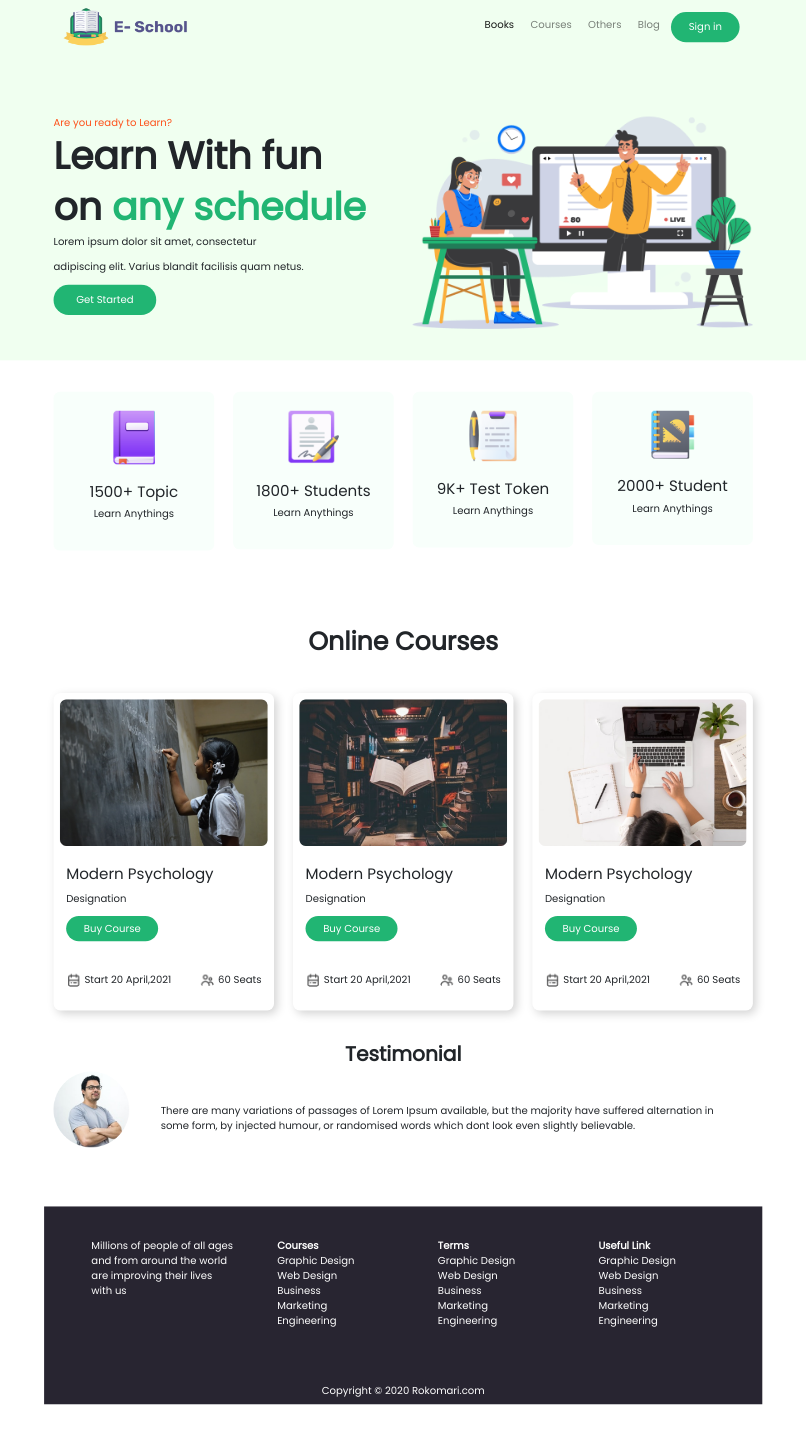
Repository: mohsinfarabi/e-school
Page: index.html
These files come from the project's save history. The page is drawn as it stood at one moment and after the next save; the edit follows.
The browser window is 1280 px wide. The pictures show the whole page, at 63% of full size.

Above is the page before, as saved 2020-07-09 21:33:12.

### index.html
<!DOCTYPE html>
<html lang="en">

<head>
    <meta charset="UTF-8">
    <meta name="viewport" content="width=device-width, initial-scale=1.0">
    <link rel="stylesheet" href="css/bootstrap/css/bootstrap.min.css">
    <link rel="stylesheet" href="style.css">
    <link href="https://fonts.googleapis.com/css2?family=Poppins" rel="stylesheet">
    <title>E-School</title>
</head>

<body>
    <section class="top-part">
        <div class="container">
            <nav class="navbar navbar-expand-lg navbar-light bg-transparent">
                <a class="navbar-brand" href="#"><img src="images/icon/Logo.png " alt=" "></a>
                </a>
                <button class="navbar-toggler" type="button" data-toggle="collapse" data-target="#navbarNav" aria-controls="navbarNav" aria-expanded="false" aria-label="Toggle navigation">
                  <span class="navbar-toggler-icon"></span>
                </button>

                <div class="collapse navbar-collapse" id="navbarNav">
                    <ul class="navbar-nav ml-auto">
                        <li class="nav-item active ">
                            <a class="nav-link " href="#books ">Books</a>
                        </li>
                        <li class="nav-item ">
                            <a class="nav-link " href="#courses ">Courses</a>
                        </li>
                        <li class="nav-item ">
                            <a class="nav-link " href="#others ">Others</a>
                        </li>
                        <li class="nav-item ">
                            <a class="nav-link " href="#blog ">Blog</a>
                        </li>
                        <li class="nav-item ">
                            <button class="btn btn-success sign-in">Sign in</button>
                        </li>

                    </ul>
                </div>

            </nav>
        </div>
        <div class="container">
            <div class="row top">
                <div class="col-md-6 content-position">

                    <h5>Are you ready to Learn?</h5>
                    <h1>Learn With fun </h1>
                    <h1>on <span class="highlight"> any schedule</span></h1>

                    <p>Lorem ipsum dolor sit amet, consectetur </p>
                    <p>adipiscing elit. Varius blandit facilisis quam netus.</p>

                    <button class="btn btn-success get-started">Get Started</button>

                </div>
                <div class="col-md-6 d-flex justify-content-center">

                    <img src="images/Photos/Illustration.png" alt="" class="img-fluid">
                </div>
            </div>
        </div>
    </section>

    <div class="container">
        <div class="row">
            <div class="col-md-3">
                <div class="cat1 d-flex flex-column justify-content-center align-items-center">

                    <img src="images/icon/book.png" alt="">

                    <h4>1500+ Topic</h4>
                    <p>Learn Anythings</p>
                </div>
            </div>
            <div class="col-md-3">
                <div class="cat2 d-flex flex-column justify-content-center align-items-center">

                    <img src="images/icon/Student.png" alt="">

                    <h4>1800+ Students</h4>
                    <p>Learn Anythings</p>
                </div>
            </div>
            <div class="col-md-3">
                <div class="cat3 d-flex flex-column justify-content-center align-items-center">

                    <img src="images/icon/Test.png" alt="">

                    <h4>9K+ Test Token</h4>
                    <p>Learn Anythings</p>
                </div>
            </div>
            <div class="col-md-3">
                <div class="cat4 d-flex flex-column justify-content-center align-items-center">

                    <img src="images/icon/Students.png" alt="">

                    <h4>2000+ Student</h4>
                    <p>Learn Anythings</p>

                </div>
            </div>
        </div>
    </div>

    <div class="container course">
        <h1>Online Courses</h1>
        <div class="card-deck">
            <div class="card">
                <img src="images/Photos/Morder pyschology.png" class="card-img-top" alt="...">
                <div class="card-body">
                    <h4 class="card-title">Modern Psychology</h4>
                    <p class="card-text">Designation</p>
                    <button class="btn btn-success buy-course">Buy Course</button>
                    <div class="card-bottom d-flex justify-content-between align-self-center">
                        <div class="d-flex justify-content-between">
                            <img src="images/icon/calendar.png" alt="">
                            <p>Start 20 April,2021</p>
                        </div>
                        <div class="d-flex justify-content-between">
                            <img src="images/icon/people.png" alt="">
                            <p>60 Seats</p>
                        </div>

                    </div>
                </div>

            </div>
            <div class="card">
                <img src="images/Photos/Morder psyc.png" class="card-img-top" alt="...">
                <div class="card-body">
                    <h4 class="card-title">Modern Psychology</h4>
                    <p class="card-text">Designation</p>
                    <button class="btn btn-success buy-course">Buy Course</button>
                    <div class="card-bottom d-flex justify-content-between align-self-center">
                        <div class="d-flex justify-content-between">
                            <img src="images/icon/calendar.png" alt="">
                            <p>Start 20 April,2021</p>
                        </div>
                        <div class="d-flex justify-content-between">
                            <img src="images/icon/people.png" alt="">
                            <p>60 Seats</p>
                        </div>

                    </div>
                </div>
            </div>
            <div class="card">
                <img src="images/Photos/Morder pychons.png" class="card-img-top" alt="...">
                <div class="card-body">
                    <h4 class="card-title">Modern Psychology</h4>
                    <p class="card-text">Designation</p>
                    <button class="btn btn-success buy-course">Buy Course</button>
                    <div class="card-bottom d-flex justify-content-between align-self-center">
                        <div class="d-flex justify-content-between">
                            <img src="images/icon/calendar.png" alt="">
                            <p>Start 20 April,2021</p>
                        </div>
                        <div class="d-flex justify-content-between">
                            <img src="images/icon/people.png" alt="">
                            <p>60 Seats</p>
                        </div>
                    </div>
                </div>
            </div>
        </div>
    </div>

    <div class="container testimonial">
        <h2><b>Testimonial</b></h2>
        <div class="testimonial-content d-flex justify-content-center">
            <img class="img-fluid" src="images/Photos/Man.png" alt="">
            <p class="testimonial-text">There are many variations of passages of Lorem Ipsum available, but the majority have suffered alternation in some form, by injected humour, or randomised words which dont look even slightly believable.</p>
        </div>
    </div>
    <div class="container bottom-part">
        <div class="row footer-row d-flex align-items-left">
            <div class="col-md-3">
                <p>Millions of people of all ages and from around the world are improving their lives with us</p>
            </div>
            <div class="col-md-3">
                <ul>
                    <li><b>Courses</b></li>
                    <li>Graphic Design</li>
                    <li>Web Design</li>
                    <li>Business</li>
                    <li>Marketing</li>
                    <li>Engineering</li>
                </ul>
            </div>
            <div class="col-md-3">
                <ul>
                    <li><b>Terms</b></li>
                    <li>Graphic Design</li>
                    <li>Web Design</li>
                    <li>Business</li>
                    <li>Marketing</li>
                    <li>Engineering</li>
                </ul>
            </div>
            <div class="col-md-3">
                <ul>
                    <li><b>Useful Link</b></li>
                    <li>Graphic Design</li>
                    <li>Web Design</li>
                    <li>Business</li>
                    <li>Marketing</li>
                    <li>Engineering</li>
                </ul>
            </div>
        </div>
        <footer>
            <p class="footer">Copyright © 2020 Rokomari.com</p>
        </footer>
    </div>













    <script src="https://code.jquery.com/jquery-3.5.1.slim.min.js " integrity="sha384-DfXdz2htPH0lsSSs5nCTpuj/zy4C+OGpamoFVy38MVBnE+IbbVYUew+OrCXaRkfj " crossorigin="anonymous "></script>
    <script src="https://cdn.jsdelivr.net/npm/popper.js@1.16.0/dist/umd/popper.min.js " integrity="sha384-Q6E9RHvbIyZFJoft+2mJbHaEWldlvI9IOYy5n3zV9zzTtmI3UksdQRVvoxMfooAo " crossorigin="anonymous "></script>
    <script src="https://stackpath.bootstrapcdn.com/bootstrap/4.5.0/js/bootstrap.min.js " integrity="sha384-OgVRvuATP1z7JjHLkuOU7Xw704+h835Lr+6QL9UvYjZE3Ipu6Tp75j7Bh/kR0JKI " crossorigin="anonymous "></script>
</body>

</html>

### style.css
    body {
        font-family: 'Poppins', sans-serif;
    }

    .container {
        margin-bottom: 50px;
    }
    /* Common Button Properties */

    .btn:focus {
        border: none;
        background: #21B573;
    }

    .btn:hover {
        border: none;
        background: #21B573;
    }

    .top-part {
        background-color: #F0FFF0;
    }

    .navbar img {
        width: 198.07px;
        height: 59px;
    }

    .nav-item {
        padding: 5px;
        color: black;
    }

    .sign-in {
        padding: 12px 28px;
        border: none;
        background: #21B573;
        border-radius: 33px;
        color: white;
    }
    /* Banner Section */

    .content-position {
        margin-top: 50px;
    }

    .top {
        padding-bottom: 50px;
    }

    .top h5 {
        font-size: medium;
        color: #FD511A;
    }

    .top h1 {
        font-weight: 900;
        font-size: 60px;
    }

    .top img {
        margin-top: 50px;
    }

    .highlight {
        color: #21B573;
    }

    .get-started {
        padding: 12px 36px;
        border: none;
        background: #21B573;
        border-radius: 33px;
        color: white;
    }
    /* Second Section */

    .cat1,
    .cat2,
    .cat3,
    .cat4 {
        padding: 30px;
        border-radius: 10px;
        border: none;
        margin-bottom: 20px;
        background-color: #F8FFFB;
    }

    .cat1:hover {
        box-shadow: 5px 5px 10px lightgray;
        background-color: white;
    }

    .cat2:hover {
        box-shadow: 5px 5px 10px lightgray;
        background-color: white;
    }

    .cat3:hover {
        box-shadow: 5px 5px 10px lightgray;
        background-color: white;
    }

    .cat4:hover {
        box-shadow: 5px 5px 10px lightgray;
        background-color: white;
    }

    .cat1 img {
        width: 66px;
        height: 85px;
        margin-bottom: 30px;
    }

    .cat2 img {
        width: 80px;
        height: 83px;
        margin-bottom: 30px;
    }

    .cat3 img {
        width: 75px;
        height: 80px;
        margin-bottom: 30px;
    }

    .cat4 img {
        width: 68px;
        height: 76px;
        margin-bottom: 30px;
    }

    .cat h4 {
        font-weight: 700;
    }
    /* Courses Card Section */

    .course h1 {
        text-align: center;
        font-weight: 900;
        padding: 50px 0px;
    }

    .card img {
        border-radius: 11px;
        padding: 10px;
    }

    .card {
        border: none;
        border-radius: 11px;
        box-shadow: 5px 5px 15px lightgray;
    }

    .card-footer {
        background-color: white;
        border-top: none;
        border-radius: 10px;
    }

    .buy-course {
        border: none;
        background: #21B573;
        border-radius: 33px;
        color: white;
        margin-bottom: 20px;
        padding: 8px 28px;
    }

    .card-bottom {
        margin-top: 30px;
    }

    .card-bottom img {
        height: 24px;
        width: 24px;
        padding: 0;
        margin-right: 5px;
    }

    .testimonial {
        text-align: center;
        margin-top: 50px;
    }

    .testimonial-content img {
        height: 120px;
        width: 120px;
    }

    .testimonial-text {
        padding: 50px;
        text-align: left;
    }

    .box-card2 {
        margin-top: 100px;
    }

    .bottom-part {
        background-color: #282531;
        color: white;
    }

    ul {
        list-style: none;
    }

    .footer {
        text-align: center;
        margin-top: 20px;
        padding-bottom: 10px;
    }

    .footer-row {
        padding: 50px 60px;
    }

Loaded but not shown: css/bootstrap/css/bootstrap.min.css (library)

After the next save:
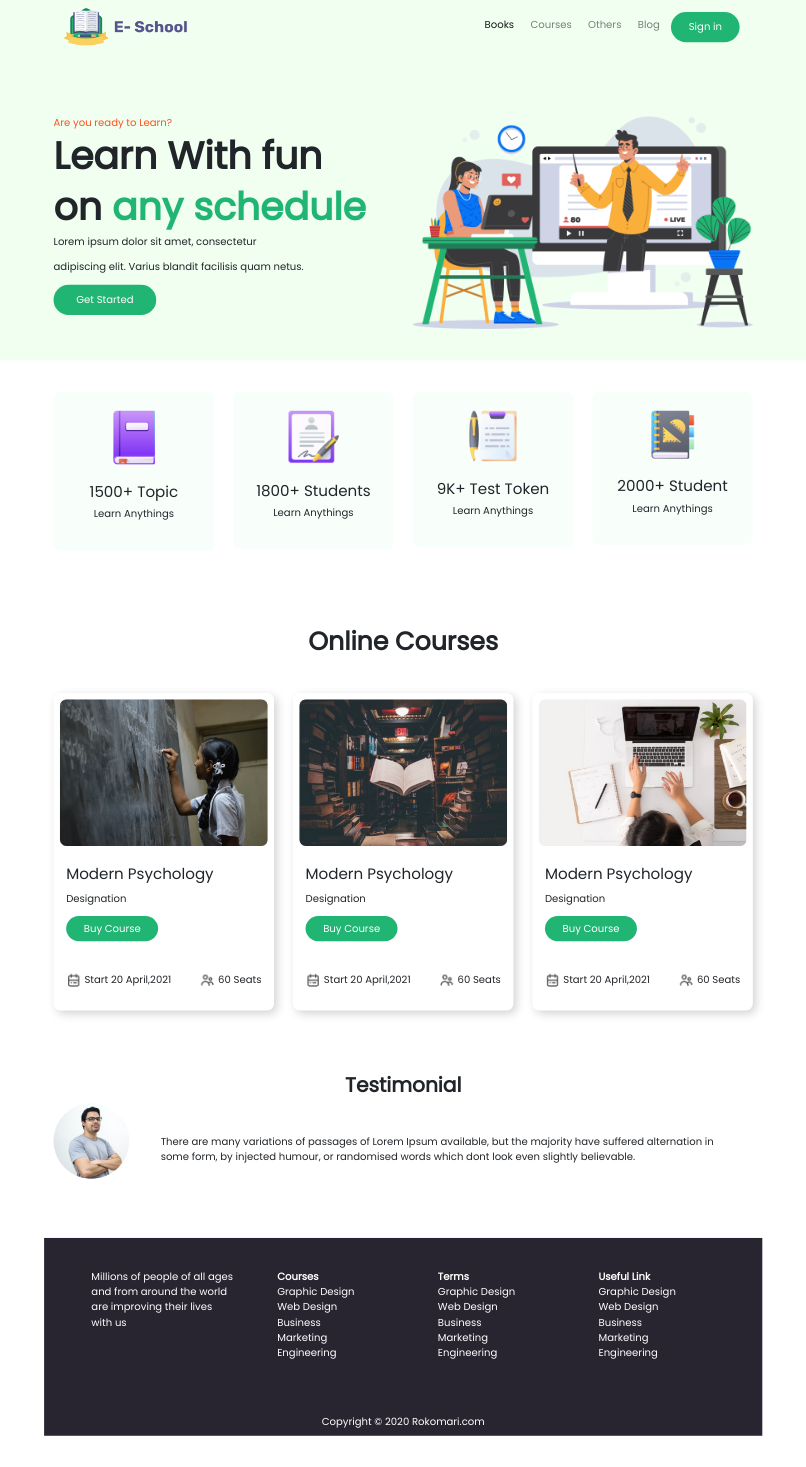
Saved 14 s later.
--- a/style.css
+++ b/style.css
@@ -180,7 +180,7 @@
 
     .testimonial {
         text-align: center;
-        margin-top: 50px;
+        margin-top: 100px;
     }
 
     .testimonial-content img {
